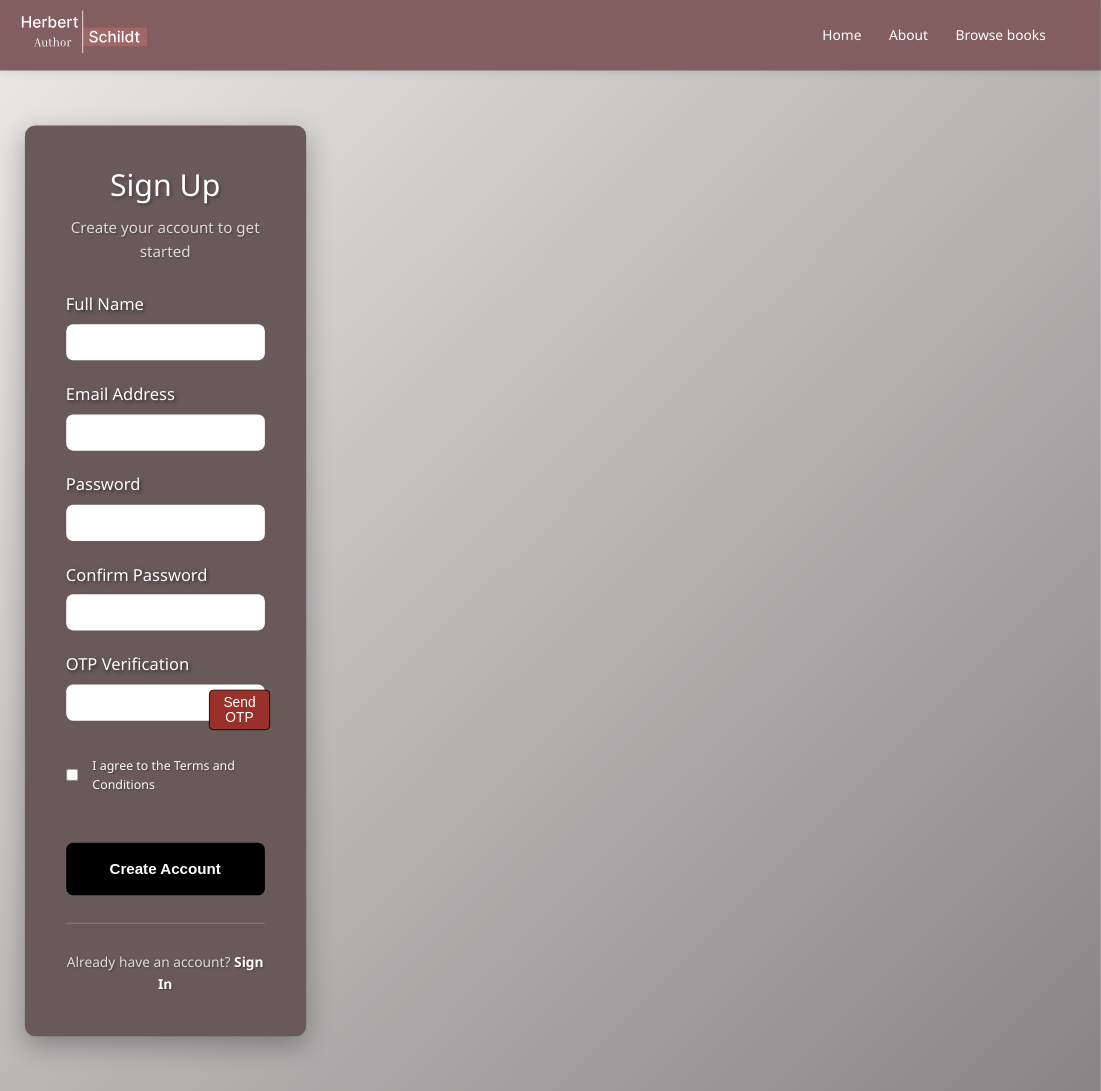
Repository: Darkrepo23/Author-Website-
Page: pages/signup.html
The author's editor kept a copy of each file at every save. The page is drawn from the files as they stood at one save, then again after the next save.
The browser window is 1280 px wide. The pictures show the whole page, at 86% of full size.

Above is the page before, as saved 2025-10-21 14:14:28.
Console error: SyntaxError: Unexpected token ':'

After the next save:
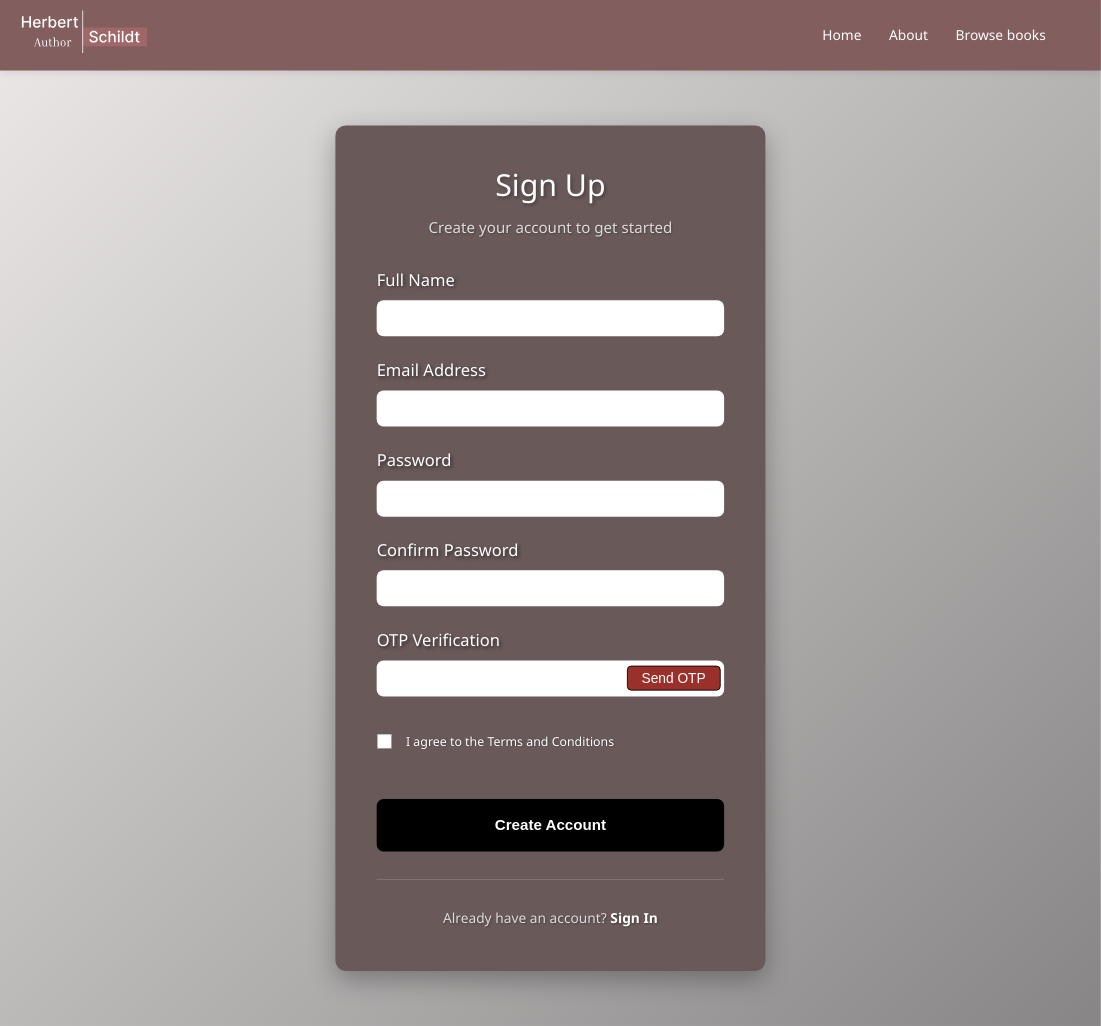
Saved 19 s later.
--- a/css/login.css
+++ b/css/login.css
@@ -5,7 +5,6 @@
     align-items: center;
     min-height: calc(100vh - 200px);
     padding: 2rem;
-    width: 15rem !important;
 }
 
 .login-card {
